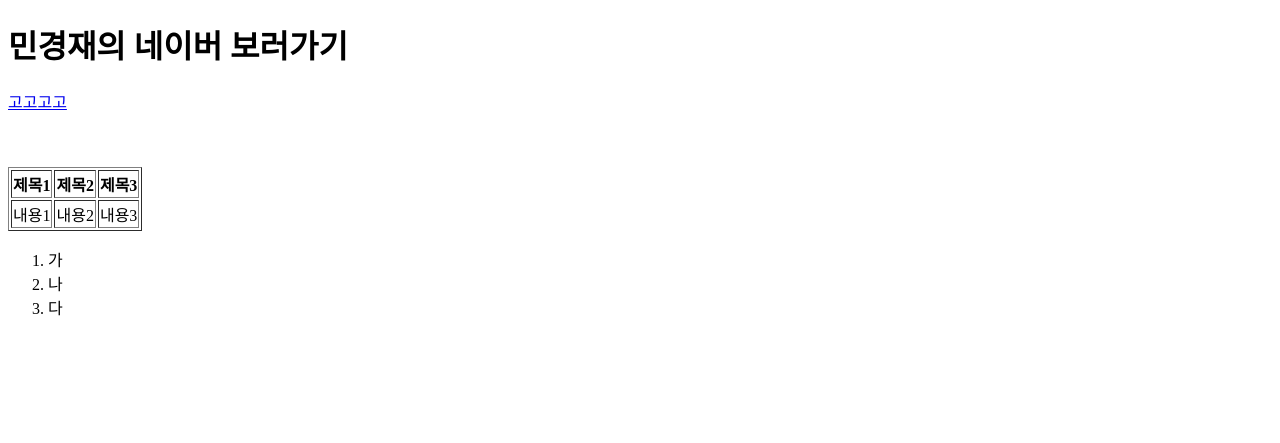
Repository: jiwon-likelion/jiwon-likelion.github.io
Page: HTML/index2.html
The author's editor kept a record of every edit. The page is drawn from the files as they stood at one moment, then again after the next edit.
The browser window is 1280 px wide. The pictures show the whole page.

Above is the page before.

After the next edit:
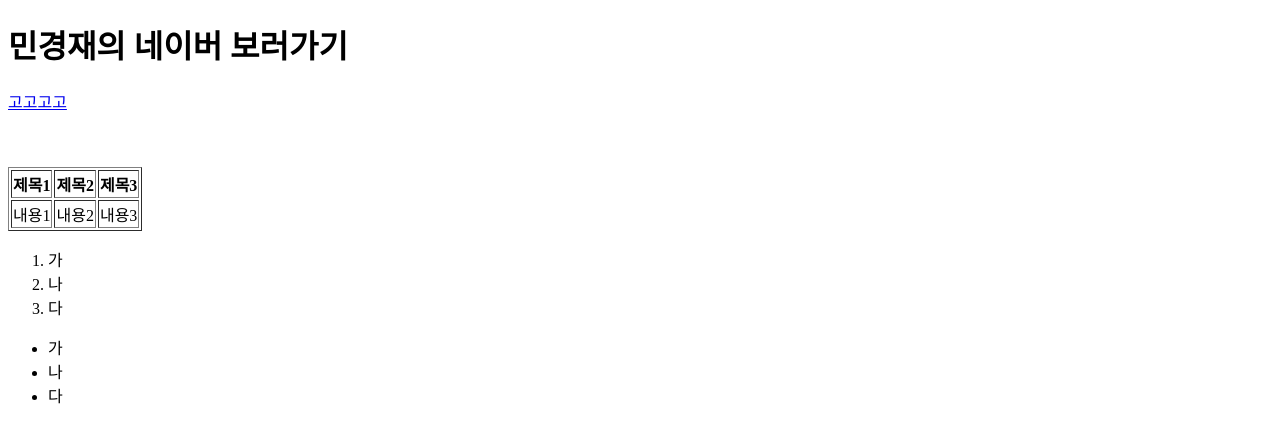
The edit:
--- a/HTML/index2.html
+++ b/HTML/index2.html
@@ -29,6 +29,11 @@
         <li>다</li>
     </ol>
 
+    <ul>
+        <li>가</li>
+        <li>나</li>
+        <li>다</li>
+    </ol>
 
 
     </body>
